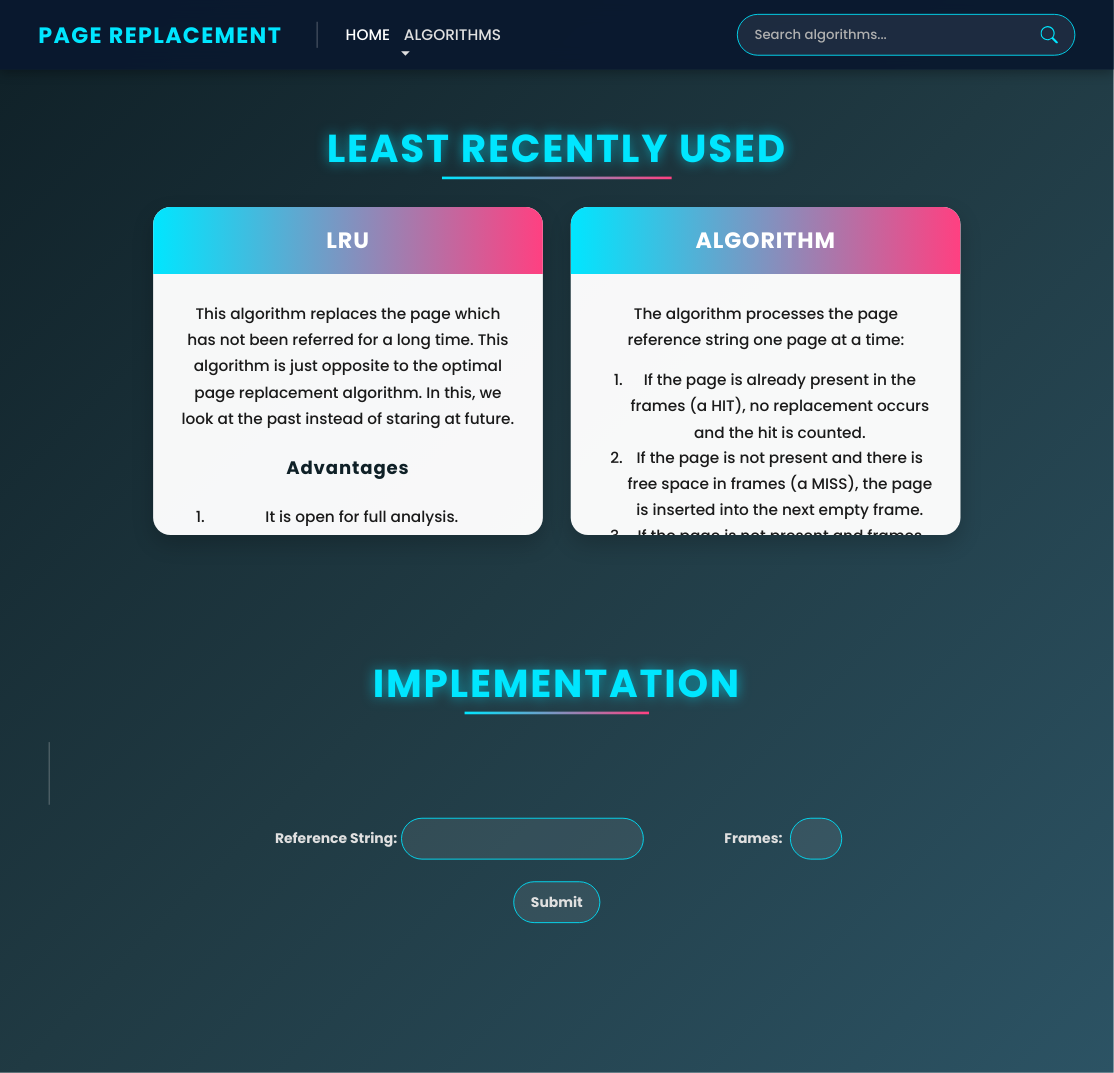
Repository: nusuranur/Page-Replacement-Algorithms-Simulator2.0
Page: Page-Replacement-Algorithms-Simulator-master/lru.html
These files come from the project's save history. The page is drawn as it stood at one moment and after the next save; the edit follows.
The browser window is 1280 px wide. The pictures show the whole page, at 87% of full size.

Above is the page before, as saved 2025-08-05 16:31:27.

After the next save:
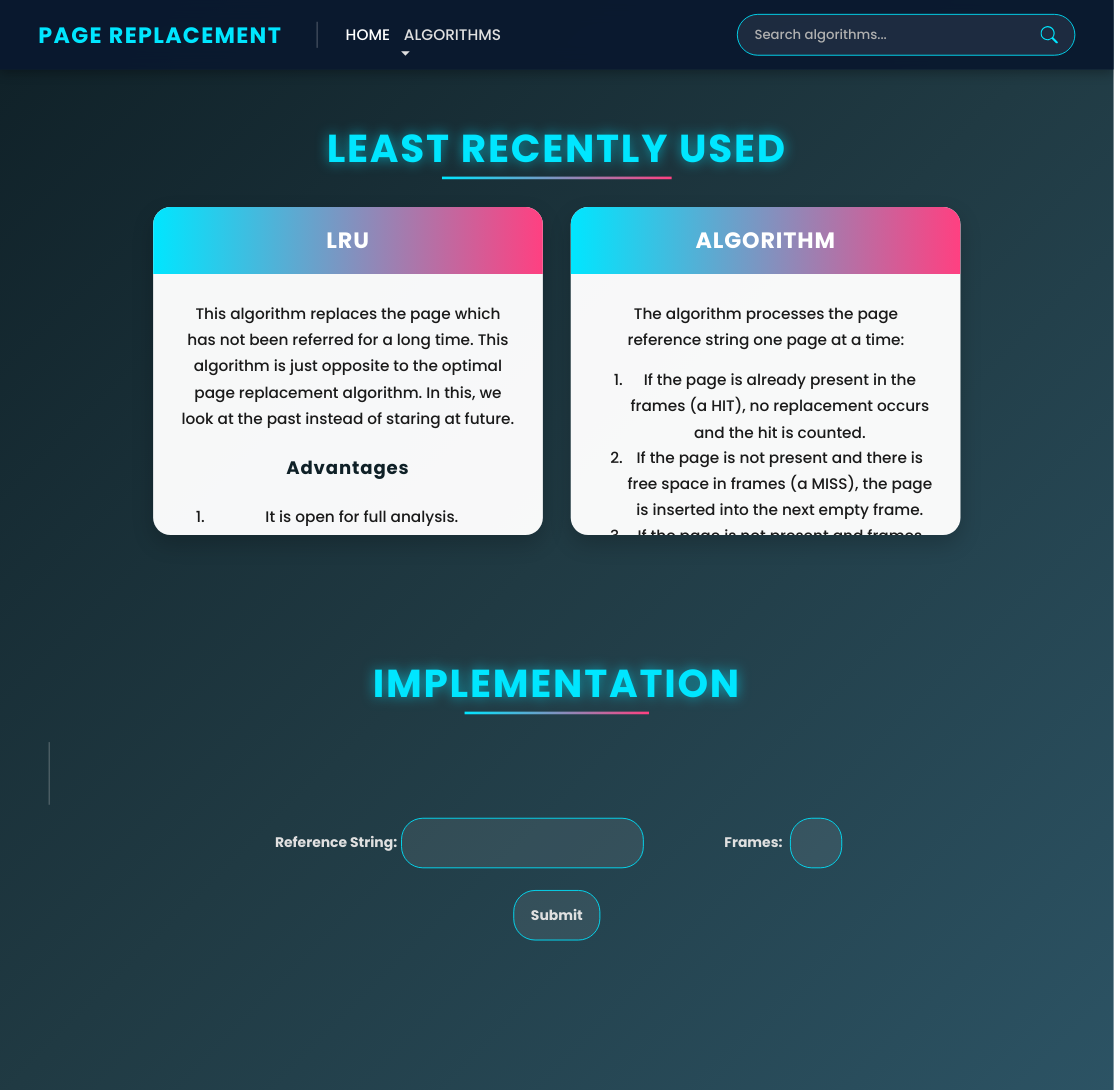
Saved 6 min 54 s later.
--- a/Page-Replacement-Algorithms-Simulator-master/lru.html
+++ b/Page-Replacement-Algorithms-Simulator-master/lru.html
@@ -264,7 +264,7 @@
             border: 1px solid #00e6ff;
             color: #e0e0e0;
             border-radius: 25px;
-            padding: 0.7rem 1.2rem;
+            padding: 1rem 1.2rem;
             font-size: 1rem;
             transition: all 0.3s ease;
         }

After the save that followed:
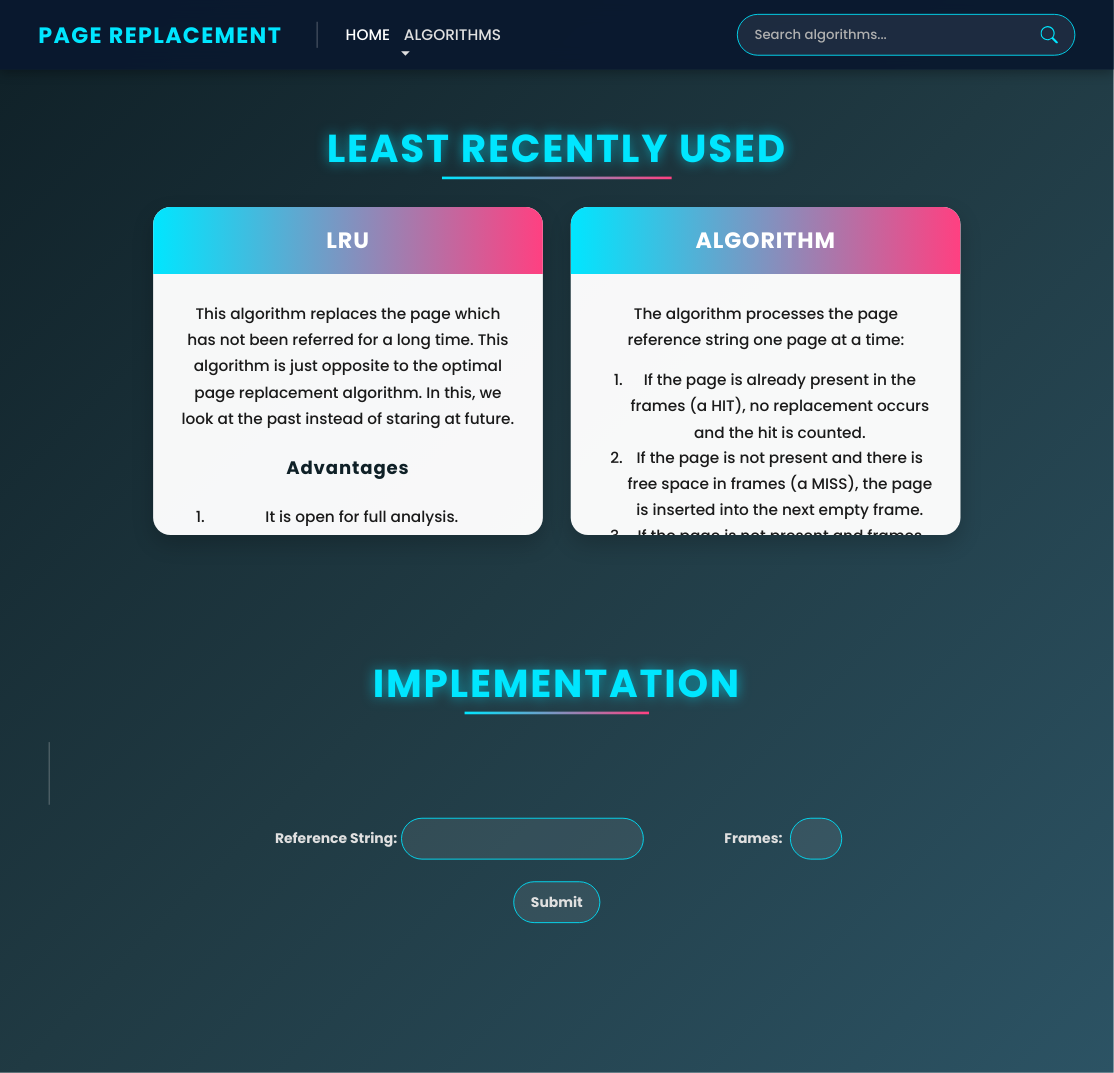
Saved 105 s later.
--- a/Page-Replacement-Algorithms-Simulator-master/lru.html
+++ b/Page-Replacement-Algorithms-Simulator-master/lru.html
@@ -264,7 +264,7 @@
             border: 1px solid #00e6ff;
             color: #e0e0e0;
             border-radius: 25px;
-            padding: 1rem 1.2rem;
+            padding: 0.7rem 1.2rem;
             font-size: 1rem;
             transition: all 0.3s ease;
         }
